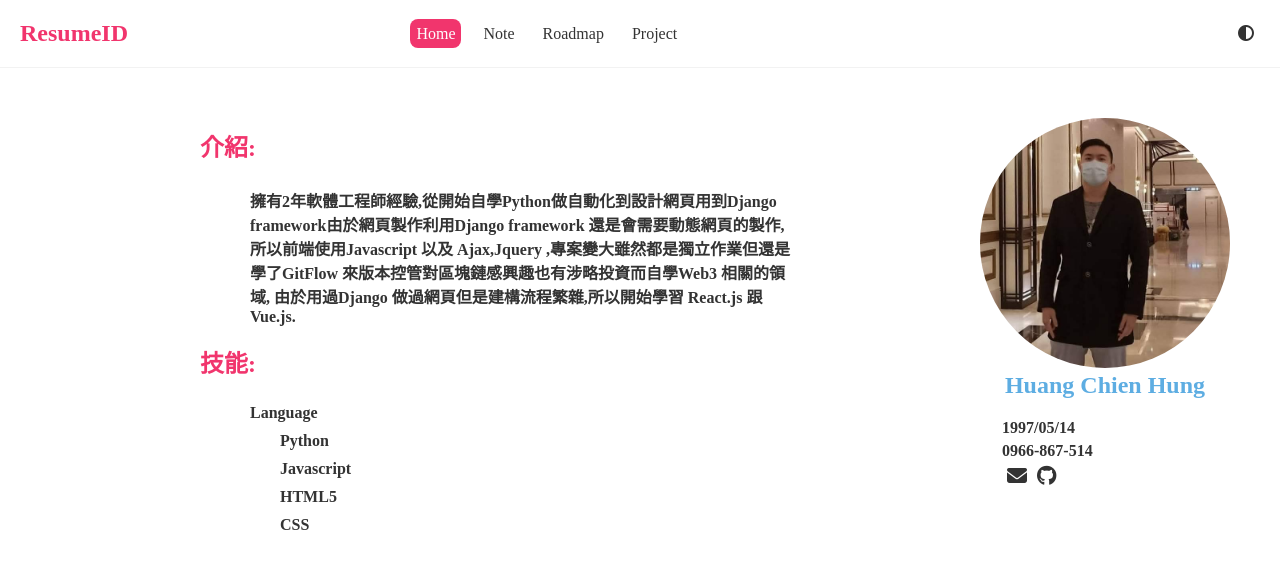
Repository: leo-play-code/ResumeID
Page: /
These files come from the project's save history. The page is drawn as it stood at one moment and after a run of saves; the edit follows.
The browser window is 1280 px wide. The pictures show the whole page.
Some web libraries are served in a nearby version. The project was rebuilt for these pictures with package versions that can differ from the ones it lists, and the page was loaded fresh each time. Also part of the build but not shown: src/Note/Note.js, src/Roadmap/Roadmap.js, src/Project/Project.js.

Above is the page before, as saved 2022-10-18 15:27:40.

After the next 2 saves:
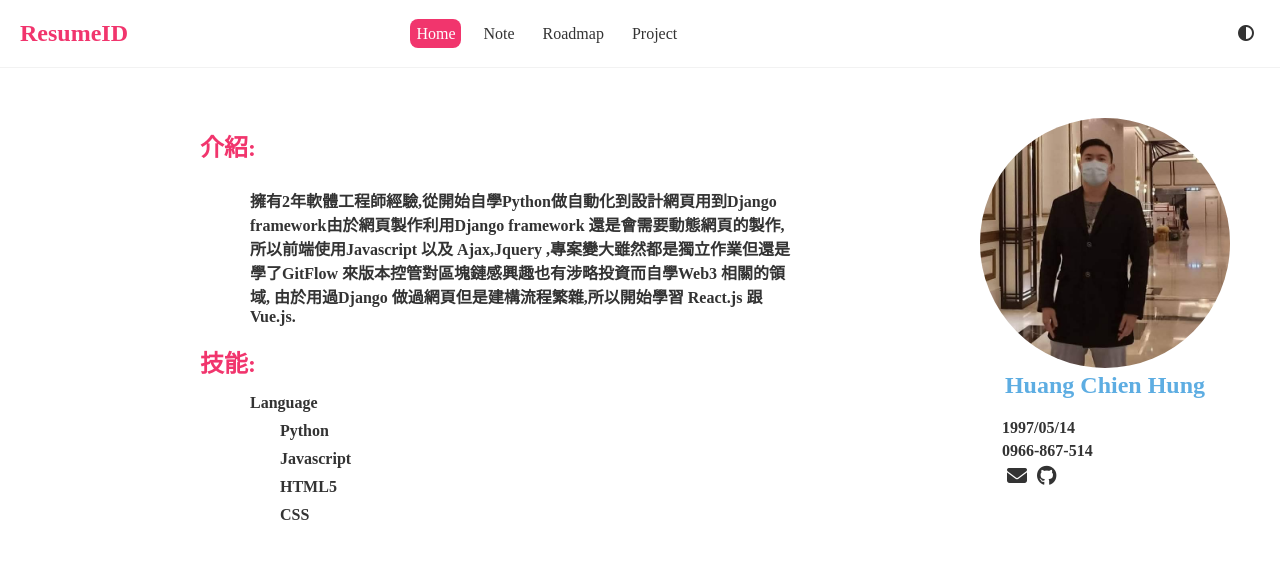
The 2 saves are shown as one change because they came seconds apart.
The last was saved 13 s later.
--- a/src/index.css
+++ b/src/index.css
@@ -104,7 +104,7 @@
 }
 
 .Home .skill{
-  margin-top: 25px;
+  margin-top: 15px;
   margin-left: 50px;
 }
 .Home .skill div{
